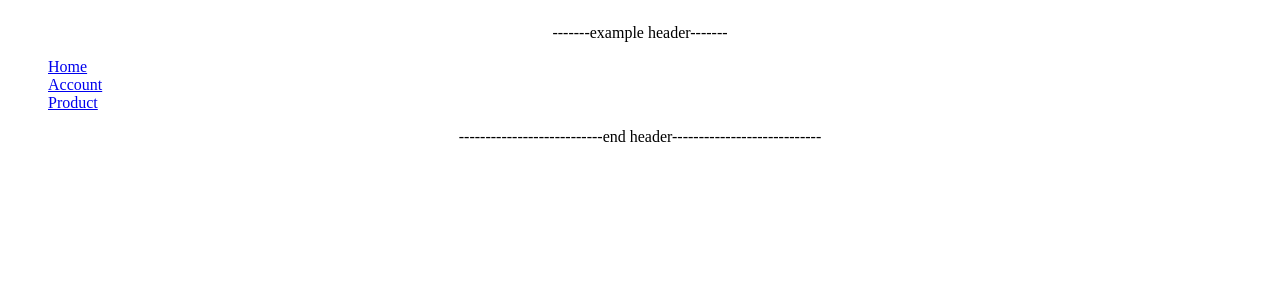
Repository: pffdota04/cuahang
Page: http://localhost/CuaHang/Views/Admin/commom/header.jsp
An editor plug-in stored every save of this project. The page is shown before and after the next save, followed by the edit.
The browser window is 1280 px wide. The pictures show the whole page.
The page is served by Tomcat 9.

Above is the page before, as saved 2020-11-11 05:07:11.

After the next save:
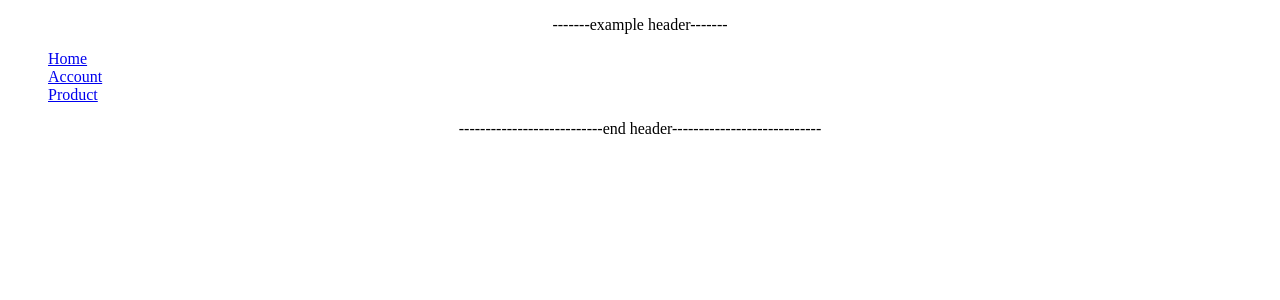
Saved 13 s later.
--- a/CuaHang/WebContent/Views/Admin/commom/header.jsp
+++ b/CuaHang/WebContent/Views/Admin/commom/header.jsp
@@ -16,7 +16,7 @@ do it in .css
 }
 </style>
 </head>
-<body style="position:sticky;  top: 100%;">
+<body>
 	<p style="text-align: center;">-------example header-------</p>
 	<ul class="main-nav" style="list-style: none;">
 		<li><a href="/CuaHang/Views/Admin/container/home.jsp">Home</a></li>
